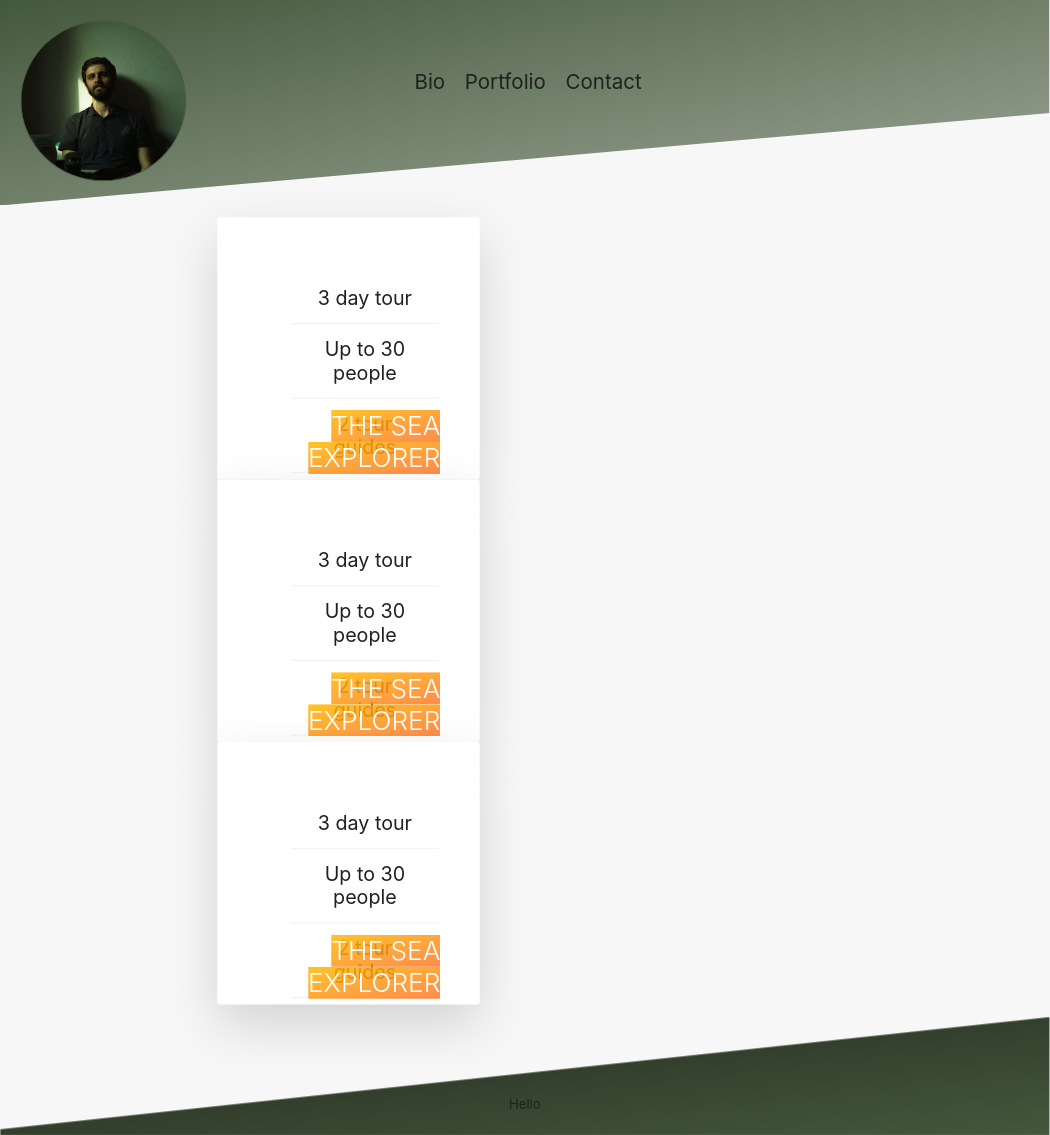
Repository: joeldelatte/react-portfolio
Page: /portfolio (app in client/)
The author's editor kept a copy of each file at every save. The page is drawn from the files as they stood at one save, then again after the next save.
The browser window is 1280 px wide. The pictures show the whole page, at 82% of full size.
The project was rebuilt for these pictures with package versions that can differ from the ones it lists, and the page was loaded fresh each time. Also part of the build but not shown: client/src/App.css, client/src/Components/Bio/Bio.js, client/src/Components/Contact/Contact.js.

Above is the page before, as saved 2020-07-10 23:23:35.

### client/public/index.html
<!doctype html>
<html lang="en">
  <head>
    <meta charset="utf-8">
    <meta name="viewport" content="width=device-width, initial-scale=1, shrink-to-fit=no">
    <meta name="theme-color" content="#000000">
    <!--
      manifest.json provides metadata used when your web app is added to the
      homescreen on Android. See https://developers.google.com/web/fundamentals/engage-and-retain/web-app-manifest/
    -->
    <link rel="manifest" href="%PUBLIC_URL%/manifest.json">
    <link rel="shortcut icon" href="%PUBLIC_URL%/favicon.ico">
    <!--
      Notice the use of %PUBLIC_URL% in the tags above.
      It will be replaced with the URL of the `public` folder during the build.
      Only files inside the `public` folder can be referenced from the HTML.

      Unlike "/favicon.ico" or "favicon.ico", "%PUBLIC_URL%/favicon.ico" will
      work correctly both with client-side routing and a non-root public URL.
      Learn how to configure a non-root public URL by running `npm run build`.
    -->
    <title>Joel Delatte</title>
  </head>
  <body>
    <noscript>
      You need to enable JavaScript to run this app.
    </noscript>
    <div id="root"></div>
    <!--
      This HTML file is a template.
      If you open it directly in the browser, you will see an empty page.

      You can add webfonts, meta tags, or analytics to this file.
      The build step will place the bundled scripts into the <body> tag.

      To begin the development, run `npm start` or `yarn start`.
      To create a production bundle, use `npm run build` or `yarn build`.
    -->
  </body>
</html>

### client/src/index.css
body {
  height:100%;
  min-height: 100%;
  margin: 0;
  padding: 0;
  border: 0;
  font-family: -apple-system, BlinkMacSystemFont, 'Segoe UI', 'Roboto', 'Oxygen',
    'Ubuntu', 'Cantarell', 'Fira Sans', 'Droid Sans', 'Helvetica Neue',
    sans-serif;
  -webkit-font-smoothing: antialiased;
  -moz-osx-font-smoothing: grayscale;
  background-color: rgb(247, 247, 247);
  color: rgb(31,33,28);
}

code {
  font-family: source-code-pro, Menlo, Monaco, Consolas, 'Courier New',
    monospace;
}

### client/src/App.js
import React from 'react';
import {BrowserRouter as Router, Route, Switch, Link} from "react-router-dom";
import './App.css';
import Bio from "./Components/Bio/Bio";
import Nav from "./Page/Nav";
import Contact from "./Components/Contact/Contact";
import Portfolio from "./Components/Portfolio/Portfolio";

export default function App() {
  return (
    <>
      <Router>
        <Nav />
        <Switch>
          <Route exact path="/">
            <Bio />
          </Route>
          <Route exact path="/contact">
            <Contact />
          </Route>
          <Route exact path="/portfolio">
            <Portfolio />
          </Route>
        </Switch>
      </Router>
    </>
  );
}

### client/src/Page/Nav.js
import React from "react";
import {BrowserRouter as Router, Route, Switch, Link} from "react-router-dom";
import Avatar from "./Avatar";
import "./Page.css";

function Nav () {
    return (
      <div className="header">
        <Avatar />
        <div className="nav">
          <Link to="/">Bio</Link>
          <Link to="/portfolio">Portfolio</Link>
          <Link to="/contact">Contact</Link>
        </div>
      </div>
    );
};

export default Nav;

### client/src/Components/Portfolio/Portfolio.js
import React from "react";

import Dayplanner from "../Portfolio/images/dayplanner.png";
import NewsPaper from "../Portfolio/images/austin1.jpeg";
import Burger from "../Portfolio/images/burger.jpg"
import Knife from "../Portfolio/images/knife.png"

import './portfolio.css';

export default function Portfolio() {


    return (
      <>
        <div className="portfolio">
          {/* <h1>Here are some of my projects...</h1>
          <div className="projectBox">
            <a
              href="https://rocky-meadow-16617.herokuapp.com/"
              target="_blank"
              rel="noopener noreferrer"
            >
              <img className="projectPhoto" src={Knife}></img>
              <section className="projectLabel">Dinner Party</section>
            </a>
            <p>
              A party planner for home chefs. Post invitations or RSVP to
              parties. Uses MySql, Sequellize ORM, Express.js, React Node.
              <br></br>
              See the github repository{" "}
              <a href="https://github.com/joeldelatte/Poject_3_Dinner_Party">
                here
              </a>
              .
            </p>
          </div>
          <div className="projectBox">
            <a
              href="https://mmoritz8.github.io/Project-1/Joel_art/arts.html"
              target="_blank"
              rel="noopener noreferrer"
            >
              <img className="projectPhoto" src={NewsPaper}></img>
              <section className="projectLabel">Austin Tribune</section>
            </a>
            <p>
              A local news site built in a team environment using jQuery, Node,
              Express.js server and REST APIs.
              <br></br>
              See the github repository{" "}
              <a href="https://github.com/mmoritz8/Project-1">here</a>.
            </p>
          </div>
          <div className="projectBox">
            <a
              href="https://boiling-lowlands-78090.herokuapp.com/"
              target="_blank"
              rel="noopener noreferrer"
            >
              <img className="projectPhoto" src={Burger}></img>
              <section className="projectLabel">Burger-Time</section>
            </a>
            <p>
              A burger logger made with MySQL, a custom ORM, Node, Express, and
              Handlebars.
              <br></br>
              See the github repository{" "}
              <a href="https://github.com/joeldelatte/eat-da-burger">here</a>.
            </p>
          </div>
          <div className="projectBox">
            <a
              href="https://joeldelatte.github.io/day-planner/"
              target="_blank"
              rel="noopener noreferrer"
            >
              <img className="projectPhoto" src={Dayplanner}></img>
              <section className="projectLabel">Day Planner</section>
            </a>
            <p>
              Simple work-day planner application. Uses HTML, CSS, jQuery and
              the browser's local storage.
              <br></br>
              See the github repository{" "}
              <a href="https://github.com/joeldelatte/day-planner">here</a>.
            </p>
          </div> */}
          <div class="card">
            <div class="card__side card__side--front">
              <div class="card__picture card__picture--1">&nbsp;</div>
              <h4 class="card__heading">
                <span class="card__heading-span card__heading-span--1">
                  The Sea Explorer
                </span>
              </h4>
              <div class="card__details">
                <ul>
                  <li>3 day tour</li>
                  <li>Up to 30 people</li>
                  <li>2 tour guides</li>
                  <li>Sleep in cozy hotels</li>
                  <li>Easy tour</li>
                </ul>
              </div>
            </div>
            <div class="card__side card__side--back card__side--back-1">
              <div class="card__cta">
                <div class="card__price-box">
                  <p class="card__price-only">Only</p>
                  <p class="card__price-value">$297</p>
                </div>
                <a href="#" class="btn btn--white">
                  Book now!
                </a>
              </div>
            </div>
          </div>
          <div class="card">
            <div class="card__side card__side--front">
              <div class="card__picture card__picture--1">&nbsp;</div>
              <h4 class="card__heading">
                <span class="card__heading-span card__heading-span--1">
                  The Sea Explorer
                </span>
              </h4>
              <div class="card__details">
                <ul>
                  <li>3 day tour</li>
                  <li>Up to 30 people</li>
                  <li>2 tour guides</li>
                  <li>Sleep in cozy hotels</li>
                  <li>Easy tour</li>
                </ul>
              </div>
            </div>
            <div class="card__side card__side--back card__side--back-1">
              <div class="card__cta">
                <div class="card__price-box">
                  <p class="card__price-only">Only</p>
                  <p class="card__price-value">$297</p>
                </div>
                <a href="#" class="btn btn--white">
                  Book now!
                </a>
              </div>
            </div>
          </div>
          <div class="card">
            <div class="card__side card__side--front">
              <div class="card__picture card__picture--1">&nbsp;</div>
              <h4 class="card__heading">
                <span class="card__heading-span card__heading-span--1">
                  The Sea Explorer
                </span>
              </h4>
              <div class="card__details">
                <ul>
                  <li>3 day tour</li>
                  <li>Up to 30 people</li>
                  <li>2 tour guides</li>
                  <li>Sleep in cozy hotels</li>
                  <li>Easy tour</li>
                </ul>
              </div>
            </div>
            <div class="card__side card__side--back card__side--back-1">
              <div class="card__cta">
                <div class="card__price-box">
                  <p class="card__price-only">Only</p>
                  <p class="card__price-value">$297</p>
                </div>
                <a href="#" class="btn btn--white">
                  Book now!
                </a>
              </div>
            </div>
          </div>
        </div>
        <footer>Hello</footer>
      </>
    );
}

### client/src/Components/Bio/bio.css
.container {
    position: relative;
}

.bio {
    min-height: 100%;
    padding: 15px;
    max-width: 50%;
    margin: 0 auto;
    text-align: center;
    padding-bottom: -5rem;
}

.bio p {
    text-align: center;
}

footer {
  height: 3rem;
  padding-top: 6rem;
  /* background-color: rgb(68,88,60); */
  background-image: linear-gradient(to right bottom, rgba(31,33,28, 1), rgba(68,88,60, 0.501));
  -webkit-clip-path: polygon(0 95%, 100% 0, 100% 100%, 0 100%);
  clip-path: polygon(0 95%, 100% 0, 100% 100%, 0 100%);
  text-align: center;
}


    @media only screen and (max-width: 768px) {
        .viewContainer {
            margin-left: 110px;
        }
    }

### client/src/Page/Avatar.js
import React from "react";
import Portrait from "./images/joel_d.png"
import "./Page.css";

function Avatar () {

    return (
      <div>
          <img src={Portrait} alt="avatar"  className="avatar" />
      </div>
    );
};

export default Avatar;

### client/src/Page/Page.css
.header {
  height: 38%;
  background-image: linear-gradient(to right bottom, rgba(68,88,60, 1), rgba(68,88,60, 0.501));
  background-size: cover;
  background-position: top;
  position: relative;
  -webkit-clip-path: polygon(0 0, 100% 0, 100% 55%, 0 100%);
  clip-path: polygon(0 0, 100% 0, 100% 55%, 0 100%);
  position: relative;
}

  .avatar {
    border: 1px solid;
    border-color: rgb(68,88,60);
    display: inline;
    max-width: 200px;
    max-height: 200px;
    border-radius: 100%;
    margin: 25px;
    }

.nav {
    position: absolute;
    top: 40%;
    left: 50%;
    transform: translate(-50%, -50%);
    text-align: center;
}

.nav a {
    padding: 6px 8px 6px 16px;
    text-decoration: none;
    font-size: 25px;
    color: rgb(31,33,28);
    display: inline;
    text-align: center;
  }

.nav a:hover {
    color: #f1f1f1;
}

### client/src/Components/Contact/contact.css
.container {
  position: relative;
}
.contact {
    min-height: 100%;
    padding: 15px;
    max-width: 50%;
    margin: 0 auto;
    text-align: center;
    padding-bottom: -5rem;
}

.contact a {
  padding: 6px 8px 6px 16px;
  text-decoration: underline;
  font-size: 18px;
  color: black;
  display: block;
}

.contact a:hover {
  color: #818181;
}

.email-address {
  padding: 6px 8px 6px 16px;
  font-size: 18px;
}

input[type=text], select {
    width: 100%;
    padding: 12px 20px;
    margin: 8px 0;
    display: inline-block;
    border: 1px solid #ccc;
    border-radius: 4px;
    box-sizing: border-box;
  }

  input[type=submit] {
    width: 15%;
    background-color: #4CAF50;
    color: white;
    padding: 14px 20px;
    margin: 8px 0;
    border: none;
    border-radius: 4px;
    cursor: pointer;
  }

  input[type=submit]:hover {
    background-color: #45a049;
  }

textarea {
    width: 100%;
    height: 150px;
    margin: 8px 0;
    padding: 12px 20px;
    box-sizing: border-box;
    border: 1px solid #ccc;
    border-radius: 4px;
    resize: none;
  }

  footer {
    height: 3rem;
    padding-top: 6rem;
    background-color: rgb(68,88,60);
    background-image: linear-gradient(to right bottom, rgba(31,33,28, 0.901), rgba(68,88,60, 0.601));
    -webkit-clip-path: polygon(0 95%, 100% 0, 100% 100%, 0 100%);
    clip-path: polygon(0 95%, 100% 0, 100% 100%, 0 100%);
    text-align: center;
  }

  @media only screen and (max-width: 768px) {
    .contact {
      margin-left: 110px;
    }
  }

### client/src/Components/Portfolio/portfolio.css
.portfolio {
    margin-left: 250px;
    padding: 15px;
}

.portfolio h1 {
    margin-left: 20px;
}

.projectBox {
    width: 200px;
    height: 200px;
    /* float: left; */
    /* position: relative; */
    text-align: center;
    margin: 20px;
}

.projectText {
    width: 200px;
    height: 200px;
    /* float: left; */
    /* position: relative; */
    text-align: center;
    margin-top: 20px;
}

.projectLabel {
    color: #818181;
    text-align: center;
    font-size: large;
    background-color: #aed6f1;
    width: 200px;
    height: 30px;
    padding: 4;
    /* position: absolute;
    top: 80%;
    left: 50%; */
    transform: translate(-50%, -50%);

}

.projectPhoto {
    width: 200px;
    height: 200px;
    /* float: left;
    position: relative; */
    text-align: center;
}

.move {
    padding-left: 45px;
    box-sizing: content-box;
}

footer {
    height: 3rem;
    padding-top: 6rem;
    background-color: rgb(68,88,60);
    background-image: linear-gradient(to right bottom, rgba(31,33,28, 0.901), rgba(68,88,60, 0.601));
    -webkit-clip-path: polygon(0 95%, 100% 0, 100% 100%, 0 100%);
    clip-path: polygon(0 95%, 100% 0, 100% 100%, 0 100%);
    text-align: center;
  }

/* @media only screen and (max-width: 768px) {
    .move {
        padding-left: 130px;
        box-sizing: content-box;
    }
    .portfolio {
        margin-left: 110px;
    }

    .portfolio h1 {
        margin-left: 20px;
    }

    .projectBox {
        width: 200px;
        height: 200px;
        float: left;
        position: relative;
        text-align: center;
        margin: 20px 20px 150px 20px;

    }


}  */

/* .feature-box {
  background-color: rgba(255, 255, 255, 0.8);
  font-size: 1.5rem;
  padding: 2.5rem;
  text-align: center;
  border-radius: 3px;
  box-shadow: 0 1.5rem 4rem rgba(0, 0, 0, 0.15);
  transition: transform .3s; } */

  .card {
  /* perspective: 150rem;
  -moz-perspective: 150rem; */
  position: relative;
  height: 20rem;
  width: 20rem;
 }
  .card__side {
    height: 20rem;
    /* width: 20rem; */
    transition: all .8s ease;
    position: absolute;
    top: 0;
    left: 0;
    width: 100%;
    backface-visibility: hidden;
    border-radius: 3px;
    overflow: hidden;
    box-shadow: 0 1.5rem 4rem rgba(0, 0, 0, 0.15); }
    .card__side--front {
      background-color: #ffffff; }
    .card__side--back {
      transform: rotateY(180deg); }
      .card__side--back-1 {
        background-image: linear-gradient(to right bottom, #ffb900, #ff7730); }

  .card:hover .card__side--front {
    transform: rotateY(-180deg); }
  .card:hover .card__side--back {
    transform: rotateY(0); }
  /* .card__picture {
    background-size: cover;
    height: 23rem;
    background-blend-mode: screen;
    -webkit-clip-path: polygon(0 0, 100% 0, 100% 85%, 0 100%);
    clip-path: polygon(0 0, 100% 0, 100% 85%, 0 100%);
    border-top-left-radius: 3px;
    border-top-right-radius: 3px; }
    .card__picture--1 {
      background-image: linear-gradient(to right bottom, #ffb900, #ff7730) } */
    .card__heading {
    font-size: 2rem;
    font-weight: 300;
    text-transform: uppercase;
    text-align: right;
    color: #ffffff;
    position: absolute;
    top: 12rem;
    left: 2rem;
    width: 75%; }
  .card__heading-span {
    padding: ..4rem 1rem;
    -webkit-box-decoration-break: clone;
    box-decoration-break: clone; }
    .card__heading-span--1 {
      background-image: linear-gradient(to right bottom, rgba(255, 185, 0, 0.85), rgba(255, 119, 48, 0.85)); }
    .card__details {
    padding: 3rem; }
    .card__details ul {
      list-style: none;
      width: 80%;
      margin: 0 auto; }
      .card__details ul li {
        text-align: center;
        font-size: 1.5rem;
        padding: 1rem; }
        .card__details ul li:not(:last-child) {
          border-bottom: 1px solid #eee; }
  .card__cta {
    position: absolute;
    top: 50%;
    left: 50%;
    transform: translate(-50%, -50%);
    width: 90%;
    text-align: center; }
  .card__price-box {
    text-align: center;
    color: #ffffff;
    margin-bottom: 8rem; }
  .card__price-only {
    font-size: 1.4rem;
    text-transform: uppercase; }
  .card__price-value {
    font-size: 6rem;
    font-weight: 100; }

Loaded but not shown: client/src/index.js (common file); client/src/serviceWorker.js (common file)

After the next save:
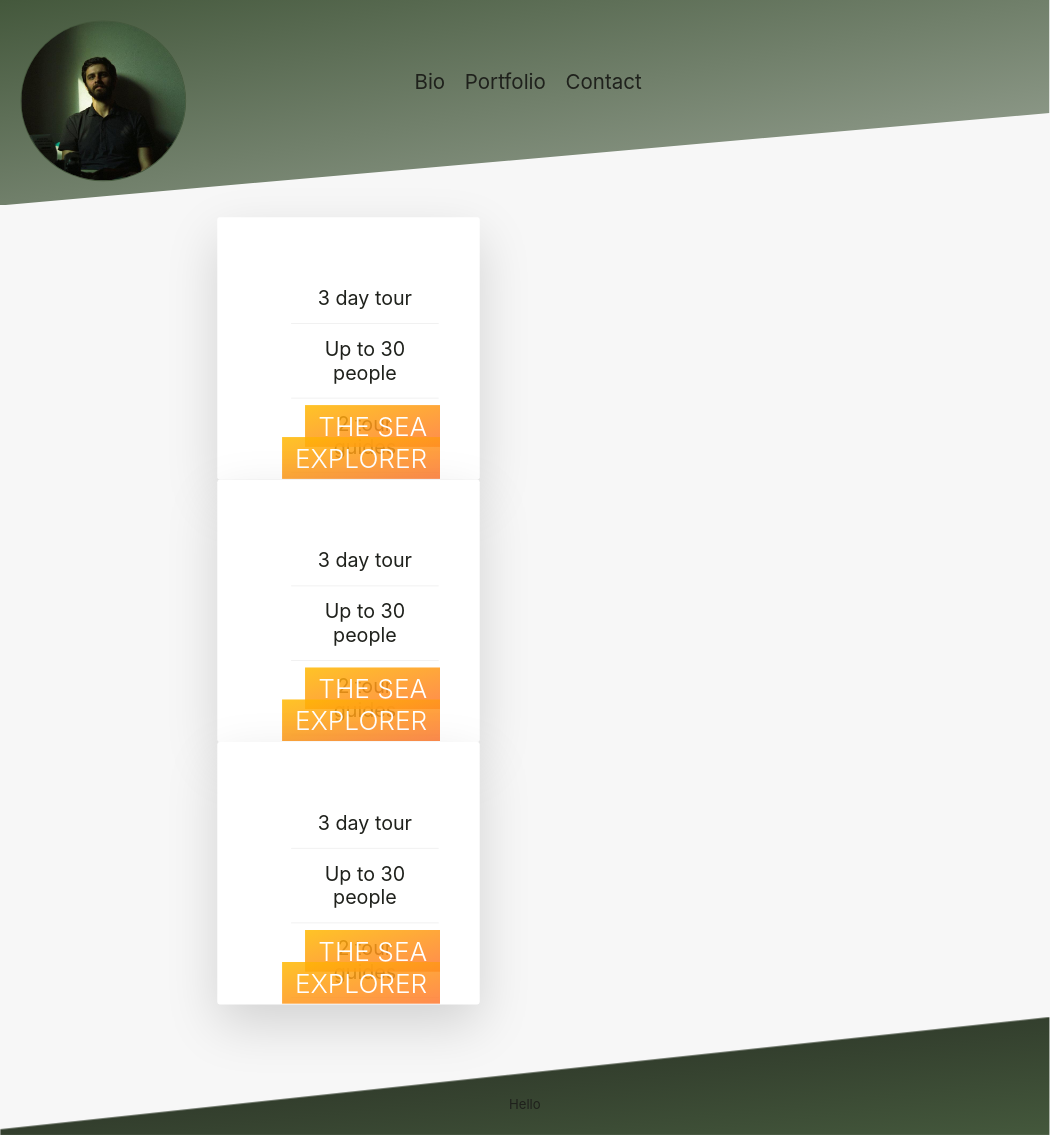
Saved 6 s later.
--- a/client/src/Components/Portfolio/portfolio.css
+++ b/client/src/Components/Portfolio/portfolio.css
@@ -149,7 +149,7 @@ footer {
     left: 2rem;
     width: 75%; }
   .card__heading-span {
-    padding: ..4rem 1rem;
+    padding: .4rem 1rem;
     -webkit-box-decoration-break: clone;
     box-decoration-break: clone; }
     .card__heading-span--1 {
